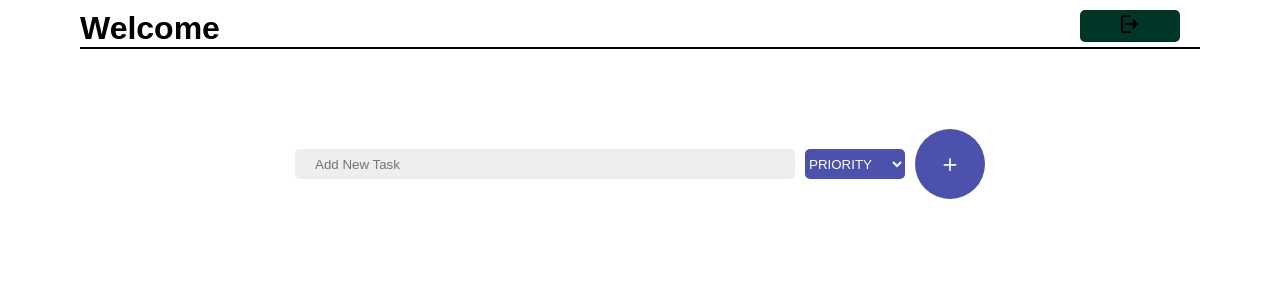
Repository: tebo27cMd/todo_App
Page: /HomePage
The author's editor kept a copy of each file at every save. The page is drawn from the files as they stood at one save, then again after the next save.
The browser window is 1280 px wide. The pictures show the whole page.
The page's requests for data from a server got no answer. The project was rebuilt for these pictures with package versions that can differ from the ones it lists, and the page was loaded fresh each time. No one was signed in, and anything a server would have sent is missing. Also part of the build but not shown: src/Pages/LoginPage.jsx, src/Pages/SignInPage.jsx.

Above is the page before, as saved 2022-08-23 12:03:37.

### src/App.js
import React, {useState, useEffect} from 'react';
import './App.css';
import LoginPage from './Pages/LoginPage';
import SignInPage from './Pages/SignInPage';
import HomePage from './Pages/HomePage';

import {BrowserRouter as Router,Routes,Route,Link} from "react-router-dom";

//import {collection, getDocs, getDoc, doc, deleteDoc} from 'firebase/firestore'







function App() {


  const [tasks, setTasks] = useState([]);

  const addTasks = ((task, priorityType)=>{
    setTasks((tasks)=>[...tasks, {
      task:task,
      priorityType:priorityType
    }])

    console.log(tasks);
  })
  return (
    <div className="App">

      <Router>
      <Routes>
        <Route exact path="/" element = {<LoginPage/>}></Route>
        <Route path="/SignInPage" element = {<SignInPage/>}></Route>
        <Route exact path="/HomePage" element = {<HomePage/>}></Route>
      </Routes>
    </Router>

    </div>
  );
}

export default App;

### src/App.css
* {
  box-sizing: border-box;
  margin: 0;
  padding: 0;
  font-family: 'Times New Roman', Times, serif;
}

### src/Pages/HomePage.jsx

import React, { useState, useEffect } from "react";

  import '../css/HomePage.css';

  import {db} from '../Config-file/firebase';

  import {addDoc, collection,getDocs} from 'firebase/firestore';
  import CheckCircleIcon from "@mui/icons-material/CheckCircle";


  import logout from '../image/logout.png'





function HomePage() {
  const[task, setTask]= useState('');
  const[priority, setPriority] = useState('');

  const[items, setItem] = useState([]);

  const itemRef =collection(db,"Tasks");

  const getItems = async()=>{
      let data = await getDocs(itemRef);
      setItem(data.docs.map((doc)=>({...doc.data(), id: doc.id})))
  }

  const addItems = async()=>{
     await addDoc(itemRef, {task:task, priority:priority})
     alert("Item added Successfully");
    getItems();
    }


    useEffect(()=>{
      getItems();
   }, [])





    return (
      <div className="AddTask">
          <div className="topPart">
              <h1>Welcome</h1>
              <button><div className="tick"><img src={logout} alt="" /></div></button>
          </div>

          <div className="bottomPart">
            <div className="input-fields">
              <input type="text" placeholder="Add New Task" onChange={(e)=>setTask(e.target.value)}/>
                <select name="priority" id="priority" onChange={(e)=>setPriority(e.target.value)}>
                    <option value="Priority">PRIORITY</option>
                    <option value="High">High</option>
                    <option value="Medium">Medium</option>
                    <option value="Low">Low</option>

                </select>

                <button className="topBtn" onClick={addItems}>+</button>

            </div>

            <div className="task-list">
            {
                        items.map(item=>((
                            <div className="items" key={item.id}>
                                {
                                    item.priority == "Low" ? (

                                        <div className="item" style={{borderBottom: "3px solid green"}}>
                                        <span>{item.task}</span>
                                        <button className="complete"><div className="CheckLow"><CheckCircleIcon id="i" /></div></button>
                                        </div>

                                    ):item.priority == "Medium" ? (
                                        <div className="item" style={{borderBottom: "3px solid orange"}}>
                                        <span>{item.task}</span>
                                        <button className="complete"><div className="CheckMedium"><CheckCircleIcon id="i" /></div></button>
                                        </div>
                                    ):item.priority == "High" ? (
                                        <div className="item" style={{borderBottom: "3px solid red"}}>
                                        <span>{item.task}</span>
                                        <button className="complete"><div className="CheckHigh"><CheckCircleIcon id="i" /></div></button>

                                        </div>
                                    ):(
                                        <div>

                                        </div>
                                    )
                                }




                            </div>
                        )))
                    }
            </div>

          </div>

      </div>
    )
  }



export default HomePage;

### src/Pages/LoginPage.css
@import url("https://fonts.googleapis.com/css?family=Roboto&display=swap");
:root
{
    --btnGreen: #339eb1;
    --beige: beige;

}

.LoginPage{
    display: grid;
    grid-template-columns: 40% 60%;
    width: 100vw;
    height: 100vh;
    font-family:'Roboto' ;
}

.LoginPage aside{
    background: url(../Images/Ado.jpeg);
    background-size: cover;
}

.LoginPage section{
    display: flex;
    flex-direction: column;
    justify-content: center;
    align-items: center;
    padding: 50px;

}

.LoginPage .welcome{
    margin-top: 20px;
    margin-bottom: 20px;
    font-weight: bolder;
    font-size: 2em;
    font-family:'Roboto' ;
    color: #4c52ac;
}

.LoginPage .paragraph1{
    margin-bottom: 20px;
    font-size: 1.2em;
    color: #4c52ac;
}

.LoginPage .input-control{
    display: flex;
    flex-direction: column;
    align-self: flex-start;
    width: 100%;

}

.LoginPage .input-control label{
    margin-top: 10px;
    margin-bottom: 10px;
    font-size: 1.4em;

}

.LoginPage .input-control input{
    font-size: 1.2em;
    height: 50px;
    padding: 20px 10px 20px 10px;
    margin-top: 10px;
    border: none;
    border-radius: 10px;
    width: 100%;
    background-color: #eee;

}

.LoginPage button{
    width: 300px;
    height: 50px;

}
.LoginPage .lgnBtn:hover{
   background-color:#4c52ac;
   border-color: #7bff00;
}
.LoginPage .lgnBtn{
    margin-top: 50px;
    border-radius: 5px;
    border: none;
    background-color: var(--btnGreen);
    font-size: 1em;
    cursor: pointer;
    color: white;
}

.LoginPage .create{
    font-family:'Roboto' ;
    margin-top: 30px;
}


Link{
    color: var(--btnGreen);
}

.LoginPage .or{
    font-weight: lighter;
    font-size: 1em;
    margin: 20px;
}

.LoginPage .signBtn{

    margin: 20px;
    padding-right: 20px;
    border-radius: 5px;
    border-color: #4c52ac;
    cursor: pointer;
    background-color: white;
    border-radius: 7px;
}



.logo{
    display: flex;
    flex-direction: row;
    justify-content: center;

}

.logo img{
    width: 50px;
    height: 30px;
    padding-left: 10px;
}

.logo span{
    padding-top: 7px;
}

### src/Config-file/firebase.js
// Import the functions you need from the SDKs you need
import { initializeApp } from "firebase/app";
import { getFirestore } from "@firebase/firestore";
import {getAuth} from 'firebase/auth';

const firebaseConfig = {
  apiKey: "AIzaSyB44VhlyOGLme-EDCUVNbbB2UbazBO3qIY",
  authDomain:  "todo-433b6.firebaseapp.com",
  projectId:"todo-433b6",
  storageBucket: "todo-433b6.appspot.com",
  messagingSenderId: "23893463738",
  appId:"1:23893463738:web:7b7d1fefeddfc1abce6883",
  measurementId: "G-QQNBP66G32"
};

// Initialize Firebase
const app = initializeApp(firebaseConfig);
const db = getFirestore(app);
const auth = getAuth(app);
export  {auth, db};

### src/css/HomePage.css


*{
    box-sizing:border-box;
    margin: 0;
    padding: 0;
    font-family: sans-serif;
}


.topPart{
    display: flex;
    justify-content: space-between;
    margin: 10px 80px;
    border-bottom: 2px solid black;

}

.topPart button{
    width: 100px;
    margin:0px 20px 5px 0px;
    border-radius: 5px;
    border: none;
    background-color: #003627;
    cursor: pointer;
    color: white;
    font-size: 1.2em;

}
.topPart img {
    height: 20px;
}

.topPart button:hover{
    background-color: rgba(245, 27, 27, 0.815);
    color: black;
}

.bottomPart{
    display: flex;
    flex-direction: column;
    justify-content: center;
    align-items: center;
    margin-top: 80px;
}

.bottomPart input{
    margin-right: 10px;
    height: 30px;
    width: 500px;
    padding-left: 20px;
    border: none;
    background-color: #eee;
    border-radius: 5px;

}

.bottomPart select{
    margin-right: 10px;
    height: 30px;
    width: 100px;
    border: none;
    background-color: #4c52ac;
    border-radius: 5px;
    color: white;
}

.bottomPart .topBtn{
    height: 70px;
    width: 70px;
    border-radius: 50px;
    border: none;
    color: #eee;
    font-size: 1.6em;
    background-color: #4c52ac;
    cursor: pointer;

}
.bottomPart .CheckHigh{
    border-radius: 50px;
    border: none;
    background-color: #ec9b9b;
    color: rgb(0, 0, 0);
    font-size: 1.6em;
    cursor: pointer;
}
.bottomPart .CheckHigh:hover{
    background-color: red;
}
.bottomPart .CheckMedium{
    border-radius: 50px;
    border: none;
    background-color: #feffdd;
    color: rgb(0, 0, 0);
    font-size: 1.6em;
    cursor: pointer;
}
.bottomPart .CheckMedium:hover{
    background-color: yellow;
}
.bottomPart .CheckLow{
    border-radius: 50px;
    border: none;
    background-color: #e1ffdd;
    color: rgb(0, 0, 0);
    font-size: 1.6em;
    cursor: pointer;
}
.bottomPart .CheckLow:hover{
    background-color: green;
}

.bottomPart button:hover{
    background-color: #776e7625;
    color: black;
}

.input-fields {
    display: flex;
    align-items: center;
}



/* Task list*/


.task-list{
    width: 600px;
    margin-right: 60px;
}

.item{
    display: flex;
    text-align: center;
    justify-content: space-between;
    padding: 10px;
    border-radius: 5px;
    border: none;
    box-shadow: 2px 2px 5px 0px rgb(123, 126, 173);

}
.items{
    padding: 5px 0;
}
.item button{
    border: none;
    border-radius: 50px;
    width: 80px;
    height: 40px;
    font-size: 20px;
    cursor: pointer;

}

Loaded but not shown: public/index.html (common file); src/index.js (common file); src/reportWebVitals.js (common file)

After the next save:
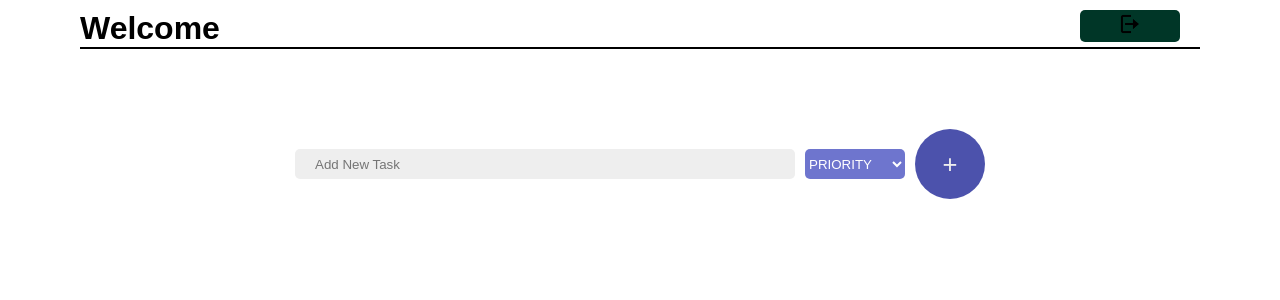
Saved 30 s later.
--- a/src/css/HomePage.css
+++ b/src/css/HomePage.css
@@ -60,7 +60,7 @@
     height: 30px;
     width: 100px;
     border: none;
-    background-color: #4c52ac;
+    background-color: #6e75ce;
     border-radius: 5px;
     color: white;
 }
